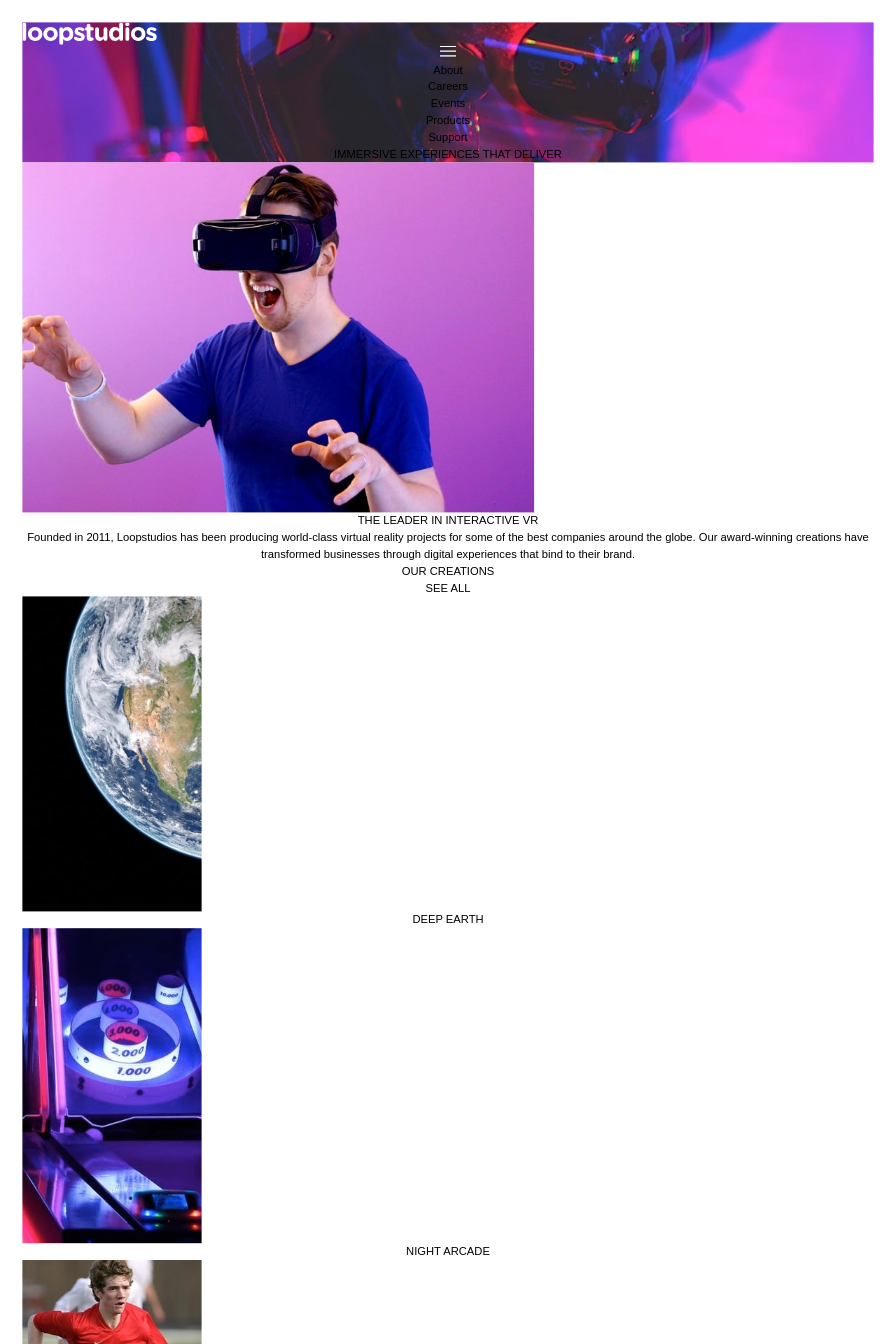
Repository: kellyjohanasalb/worshop-react-router
Page: /
The author's editor kept a copy of each file at every save. The page is drawn from the files as they stood at one save, then again after the next save.
The browser window is 1280 px wide. The pictures show the part of the page from y = 0 to 1920 px (the page is 4876 px tall), at 70% of full size.
Some web libraries are served in a nearby version. The project was rebuilt for these pictures with package versions that can differ from the ones it lists, and the page was loaded fresh each time. Also part of the build but not shown: vite.config.js.

Above is the page before, as saved 2023-09-15 12:35:49.

### index.html
<!doctype html>
<html lang="en">
  <head>
    <meta charset="UTF-8" />
    <meta name="viewport" content="width=device-width, initial-scale=1.0" />
    <link rel="stylesheet" href="https://cdnjs.cloudflare.com/ajax/libs/font-awesome/6.3.0/css/all.min.css" integrity="sha512-SzlrxWUlpfuzQ+pcUCosxcglQRNAq/DZjVsC0lE40xsADsfeQoEypE+enwcOiGjk/bSuGGKHEyjSoQ1zVisanQ==" crossorigin="anonymous" referrerpolicy="no-referrer" />
    <title> Loopstudios landing page</title>
  </head>
  <body>
    <div id="root"></div>
    <script type="module" src="/src/main.jsx"></script>
  </body>
</html>

### src/App.jsx
import React from 'react'
import { Routes, Route } from 'react-router-dom';
import Navigation from './components/Navigation.jsx';
import Hero from './components/Hero';
import About from './components/About';
import Creations from './components/Creations';
import Footer from './components/Footer';
import './App.css'

function App() {

  return (
    <div className="App">
        <div className="wrapper">
            <div className="landing-page sm:bg-[url('../images/mobile/image-hero.jpg')] lg:bg-[url('../images/desktop/image-hero.jpg')]">
                <Navigation />
                <Hero />
            </div>
            <About />
            <Creations />
            <Footer />
        </div>
    </div>
  )
}

export default App;

### src/index.css
@tailwind base;
@tailwind components;
@tailwind utilities;

@import url('https://fonts.googleapis.com/css2?family=Alata&family=Kumbh+Sans:wght@400;700;900&family=Poppins:ital,wght@0,100;0,400;0,500;0,600;0,700;0,900;1,300;1,600;1,700;1,900&family=Space+Mono:wght@700&display=swap');
@import url('https://fonts.googleapis.com/css2?family=Alata&family=Josefin+Sans:wght@300;400&family=Kumbh+Sans:wght@400;700;900&family=Poppins:ital,wght@0,100;0,400;0,500;0,600;0,700;0,900;1,300;1,600;1,700;1,900&family=Space+Mono:wght@700&display=swap');


@import (https://fonts.google.com/specimen/Alata)
@import (https://fonts.google.com/specimen/Josefin+Sans)

- Family: [Alata](https://fonts.google.com/specimen/Alata)
- Weight: 400

- Family: [Josefin Sans](https://fonts.google.com/specimen/Josefin+Sans)
- Weight: 300

### src/components/Navigation.jsx
import brandLogo from '../../images/logo.svg';
import closeIcon from '../../images/icon-close.svg'
import hamburgerIcon from '../../images/icon-hamburger.svg'

import React, { useState } from 'react'

const Navigation = () => {

    const [isOpen, setIsOpen] = useState(false)

    return (
        <header className={`header ${!isOpen ? "absolute" : "fixed"} lg:static`}>
            <nav className={`navigation`}>
                <div className="menu-container">
                     <a
                        href="#"
                        className="brand-logo">
                        <img
                            src={brandLogo}
                            alt="logo"
                        />
                    </a>
                    <button
                        className="hamburger-menu"
                        aria-expanded="false"
                        aria-controls="navigation-links"
                        aria-label="hamburger"
                        onClick={() => {
                            setIsOpen(!isOpen)
                            }
                        }
                        >
                        {!isOpen ? (<img src={hamburgerIcon} alt=""/>) : (<img src={closeIcon} alt="" />)}
                    </button>
                </div>
                <div id="navigation-links" className={`nav-links-container ${!isOpen ? "sm:translate-x-[-100%]" : "sm:translate-x-0"} lg:translate-x-0`}>
                    <ul className="nav-items">
                        <li className="nav-item"><a className="hoverable" href="#">About</a></li>
                        <li className="nav-item"><a className="hoverable" href="#">Careers</a></li>
                        <li className="nav-item"><a className="hoverable" href="#">Events</a></li>
                        <li className="nav-item"><a className="hoverable" href="#">Products</a></li>
                        <li className="nav-item"><a className="hoverable" href="#">Support</a></li>
                    </ul>
                </div>
            </nav>
        </header>
    )
}

export default Navigation;

### src/components/Hero.jsx
import heroDesktop from "../../images/desktop/image-hero.jpg"
import heroMobile from "../../images/mobile/image-hero.jpg"

const Hero = () => {
    return(
        <div className="hero">
            <div className="hero-content">
                <p>IMMERSIVE EXPERIENCES THAT DELIVER</p>
            </div>
        </div>
    )
}

export default Hero;

### src/components/About.jsx
import aboutImageMobile from '../../images/mobile/image-interactive.jpg'
import aboutImageDesktop from '../../images/desktop/image-interactive.jpg'

const About = () => {
    return(
        <section className="about-section">
            <picture className="about-img">
                <source srcSet={aboutImageDesktop} media="(min-width: 768px)" />
                <img src={aboutImageMobile} alt="" />
            </picture>
            <div className="about-content">
                <h2 className="content-title">
                    THE LEADER IN INTERACTIVE VR
                </h2>
                <p className="content-text">
                    Founded in 2011, Loopstudios has been producing world-class virtual reality projects for some of the best companies around the globe. Our award-winning creations have transformed businesses through digital experiences that bind to their brand.
                </p>
            </div>
        </section>
    )
}

export default About;

### src/components/Creations.jsx
import deepEarthDesktop from '../../images/desktop/image-deep-earth.jpg'
import deepEarthMobile from '../../images/mobile/image-deep-earth.jpg'
import nightArcadeDesktop from '../../images/desktop/image-night-arcade.jpg'
import nightArcadeMobile from '../../images/mobile/image-night-arcade.jpg'
import soccerTeamDesktop from '../../images/desktop/image-soccer-team.jpg'
import soccerTeamMobile from '../../images/mobile/image-soccer-team.jpg'
import gridDesktop from '../../images/desktop/image-grid.jpg'
import gridMobile from '../../images/mobile/image-grid.jpg'
import fromAboveDesktop from '../../images/desktop/image-from-above.jpg'
import fromAboveMobile from '../../images/mobile/image-from-above.jpg'
import pocketBorealisDesktop from '../../images/desktop/image-pocket-borealis.jpg'
import pocketBorealisMobile from '../../images/mobile/image-pocket-borealis.jpg'
import curiosityDesktop from '../../images/desktop/image-curiosity.jpg'
import curiosityMobile from '../../images/mobile/image-curiosity.jpg'
import fishEyeDesktop from '../../images/desktop/image-fisheye.jpg'
import fishEyeMobile from '../../images/mobile/image-fisheye.jpg'


const Creations = () => {
    return (
        <section className="creations-section">
            <h2 className="creations-title">OUR CREATIONS</h2>
            <button className="see-all-button">SEE ALL</button>
            <div className="creations-grid">
                <div className="creation">
                     <picture className="creation-img">
                        <source srcSet={deepEarthDesktop} media="(min-width: 480px)"/>
                        <img src={deepEarthMobile} alt="" />
                    </picture>
                    <div className="creation-overlay">
                        <span className="overlay-text">DEEP EARTH</span>
                    </div>
                </div>
                <div className="creation">
                    <picture className="creation-img">
                        <source srcSet={nightArcadeDesktop} media="(min-width: 480px)"/>
                        <img src={nightArcadeMobile} alt="" />
                    </picture>
                    <div className="creation-overlay">
                        <span className="overlay-text">NIGHT ARCADE</span>
                    </div>
                </div>
                <div className="creation">
                    <picture className="creation-img">
                        <source srcSet={soccerTeamDesktop} media="(min-width: 480px)"/>
                        <img src={soccerTeamMobile} alt="" />
                    </picture>
                    <div className="creation-overlay">
                        <span className="overlay-text">SOCCER TEAM VR</span>
                    </div>
                </div>
                <div className="creation">
                    <picture className="creation-img">
                        <source srcSet={gridDesktop} media="(min-width: 480px)"/>
                        <img src={gridMobile} alt="" />
                    </picture>
                    <div className="creation-overlay">
                        <span className="overlay-text">THE GRID</span>
                    </div>
                </div>
                <div className="creation">
                    <picture className="creation-img">
                        <source srcSet={fromAboveDesktop} media="(min-width: 480px)"/>
                        <img src={fromAboveMobile} alt="" />
                    </picture>
                    <div className="creation-overlay">
                        <span className="overlay-text">FROM UP ABOVE VR</span>
                    </div>
                </div>
                <div className="creation">
                    <picture className="creation-img">
                        <source srcSet={pocketBorealisDesktop} media="(min-width: 480px)"/>
                        <img src={pocketBorealisMobile} alt="" />
                    </picture>
                    <div className="creation-overlay">
                        <span className="overlay-text">POCKET BOREALIS</span>
                    </div>
                </div>
                <div className="creation">
                    <picture className="creation-img">
                        <source srcSet={curiosityDesktop} media="(min-width: 480px)"/>
                        <img src={curiosityMobile} alt="" />
                    </picture>
                    <div className="creation-overlay">
                        <span className="overlay-text">THE CURIOSITY</span>
                    </div>
                </div>
                <div className="creation">
                    <picture className="creation-img">
                        <source srcSet={fishEyeDesktop} media="(min-width: 480px)"/>
                        <img src={fishEyeMobile} alt="" />
                    </picture>
                    <div className="creation-overlay">
                        <span className="overlay-text">MAKE IT FISHEYE</span>
                    </div>
                </div>
            </div>
        </section>
    )
}

export default Creations;

### src/components/Footer.jsx
import brandLogo from '../../images/logo.svg'

const Footer = () => {
    return(
        <footer className="footer">
            <div className="footer-navigation">
                <a href="#" className="brand-logo">
                    <img src={brandLogo} alt="" />
                </a>
                <div className="">
                    <ul className="footer-navlinks">
                        <li><a className="hoverable" href="#">About</a></li>
                        <li><a className="hoverable" href="#">Careers</a></li>
                        <li><a className="hoverable" href="#">Events</a></li>
                        <li><a className="hoverable" href="#">Products</a></li>
                        <li><a className="hoverable" href="#">Support</a></li>
                    </ul>
                </div>
            </div>
            <div className="socials">
                <div className="social-links">
                    <a className="hoverable" href="https://www.facebook.com"><i className="fa-brands fa-square-facebook fa-xl"></i></a>
                    <a className="hoverable" href="https://www.twitter.com"><i className="fa-brands fa-twitter fa-xl"></i></a>
                    <a className="hoverable" href="https://www.pinterest.com"><i className="fa-brands fa-pinterest fa-xl"></i></a>
                    <a className="hoverable" href="https://www.instagram.com"><i className="fa-brands fa-instagram fa-xl"></i></a>
                    <a className="hoverable" href="https://www.youtube.com/watch?v=dQw4w9WgXcQ"><i className="fa-brands fa-youtube fa-xl"></i></a>
                </div>
                <span className="copyright">&#169; 2021 Loopstudios. All rights reserved.</span>
            </div>
        </footer>
    )
}

export default Footer;

### tailwind.config.js
/*  @type {import('tailwindcss').Config}  */
module.exports = {
  content: [
      "./index.html",
      "./src/**/*.{js,ts,jsx,tsx}",
  ],
  theme: {
  fontFamily: {
      sans: ['Alata', '"Josefin Sans"', 'sans-serif']
  },
  screens: {
      sm: '375px',
      md: '480px',
      lg: '768px',
      xl: '967px',
      xxl: '1440px'
  },
  extend: {
      colors: {
          'primary-1': 'hsl(0, 0%, 100%)',
          'primary-2': 'hsl(0, 0%, 0%)',
          'primary-3': 'hsl(0, 0%, 55%)',
          'primary-4': 'hsl(0, 0%, 41%)'
      }
  }
  },
  plugins: []
}

Loaded but not shown: src/main.jsx (common file); src/App.css (common file)

After the next save:
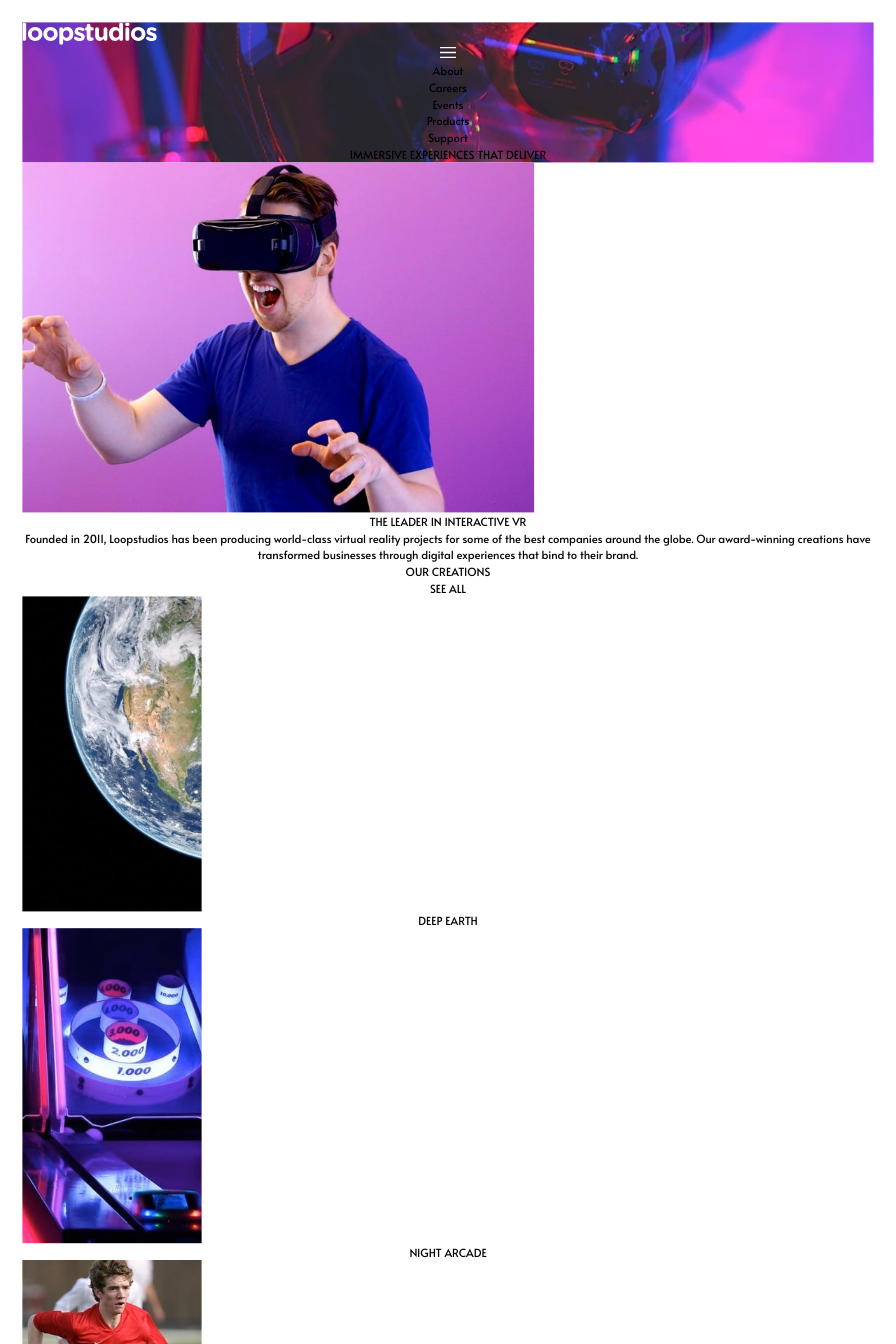
Saved 106 s later.
--- a/src/index.css
+++ b/src/index.css
@@ -1,16 +1,10 @@
+@import url('https://fonts.googleapis.com/css2?family=Alata&family=Josefin+Sans:wght@300&display=swap');
+
 @tailwind base;
 @tailwind components;
 @tailwind utilities;
+@import url('https://fonts.googleapis.com/css2?family=Alata&family=Josefin+Sans:wght@300&display=swap');
 
-@import url('https://fonts.googleapis.com/css2?family=Alata&family=Kumbh+Sans:wght@400;700;900&family=Poppins:ital,wght@0,100;0,400;0,500;0,600;0,700;0,900;1,300;1,600;1,700;1,900&family=Space+Mono:wght@700&display=swap');
-@import url('https://fonts.googleapis.com/css2?family=Alata&family=Josefin+Sans:wght@300;400&family=Kumbh+Sans:wght@400;700;900&family=Poppins:ital,wght@0,100;0,400;0,500;0,600;0,700;0,900;1,300;1,600;1,700;1,900&family=Space+Mono:wght@700&display=swap');
-
-
-@import (https://fonts.google.com/specimen/Alata)
-@import (https://fonts.google.com/specimen/Josefin+Sans)
-
-- Family: [Alata](https://fonts.google.com/specimen/Alata)
-- Weight: 400
-
-- Family: [Josefin Sans](https://fonts.google.com/specimen/Josefin+Sans)
-- Weight: 300
+@tailwind base;
+@tailwind components;
+@tailwind utilities;
